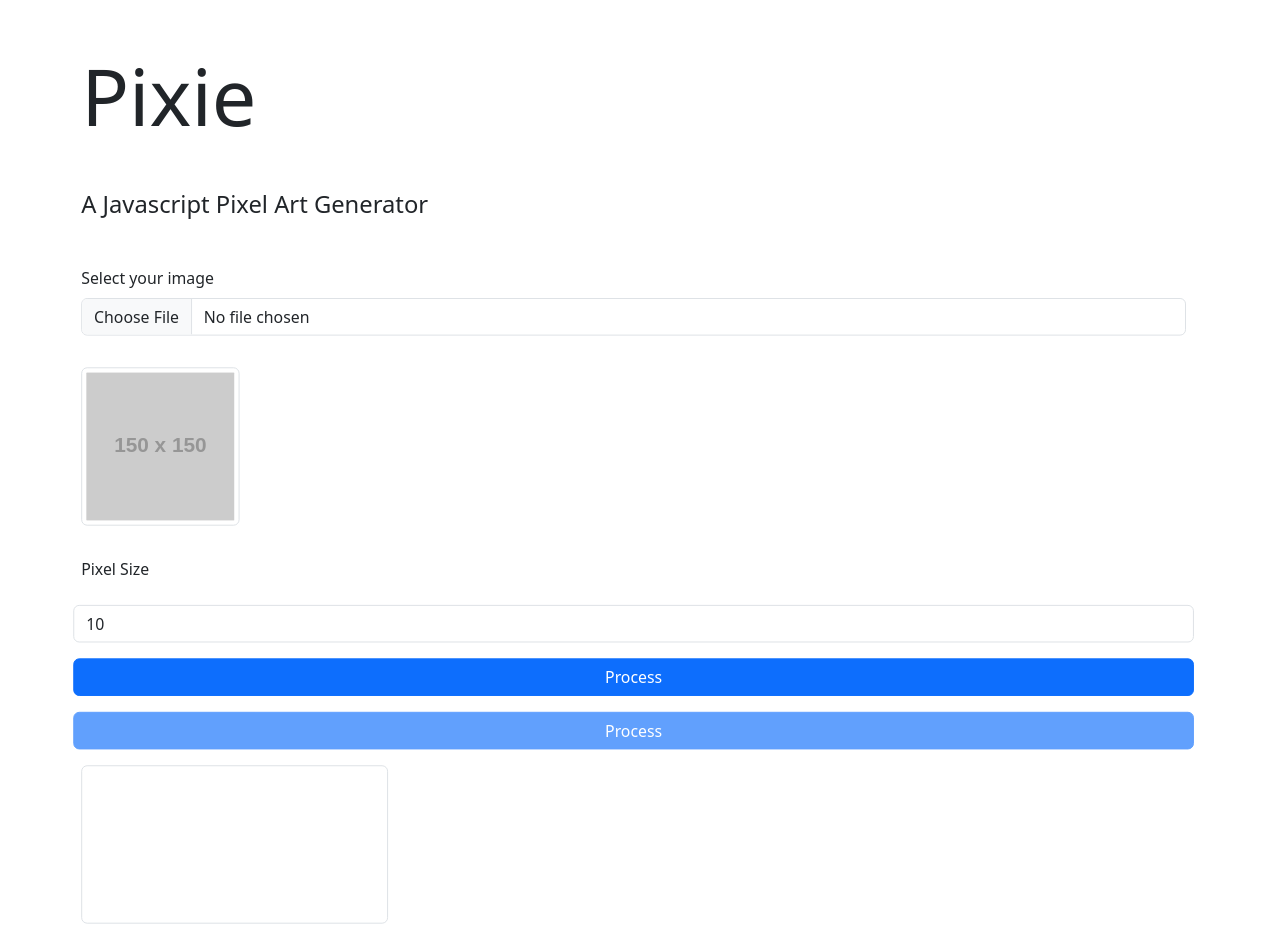
Repository: BigEmperor26/Pixie
Page: index.html
The author's editor kept a copy of each file at every save. The page is drawn from the files as they stood at one save, then again after a run of saves.
The browser window is 1280 px wide. The pictures show the whole page, at 99% of full size.

Above is the page before, as saved 2023-12-08 15:58:50.
Console error: ReferenceError: onOpenCvReady is not defined

### index.html
<!doctype html>
<html lang="en">
  <head>
    <meta charset="utf-8">
    <meta name="viewport" content="width=device-width, initial-scale=1">
    <title>Pixie</title>
    <link href="https://cdn.jsdelivr.net/npm/bootstrap@5.3.2/dist/css/bootstrap.min.css" rel="stylesheet" integrity="sha384-T3c6CoIi6uLrA9TneNEoa7RxnatzjcDSCmG1MXxSR1GAsXEV/Dwwykc2MPK8M2HN" crossorigin="anonymous">

  </head>
  <body>
    <div class="container">
    <p class="h1 my-5 display-1">Pixie</p>
    <p class="h4 my-5 disabled">A Javascript Pixel Art Generator</p>
    <form class="row g-3 needs-validation" novalidate>
        <div class="my-3">
            <label for="formFile" class="form-label">Select your image</label>
            <input class="form-control" type="file" id="fileInput" >
        </div>
        <div class="my-3">
            <img src="https://via.placeholder.com/150" class="img-thumbnail" alt="..." onclick="" id="imageSrc">
        </div>
        <label for="exampleFormControlInput1" class="form-label">Pixel Size</label>
        <input type="text" class="form-control" id="exampleFormControlInput1" placeholder="10" value="10" required>
        <div class="valid-feedback">
            Please provide a valid pixel size.
        </div>
        <div class="invalid-feedback">
            Please provide a valid pixel size.
        </div>
        <button type="submit" class="btn btn-primary" id="processButton">Process</button>
        <button type="submit" class="btn btn-primary disabled " id="processButton">Process</button>
    </form>
  <!-- Content here -->
    <div class="my-3">
        <!-- <img src="https://via.placeholder.com/150" class="img-thumbnail" alt="..." onclick="" id="imageOut"> -->
        <canvas id="canvasOutput" class="img-thumbnail" src="https://via.placeholder.com/150" ></canvas>
    </div>
    </div>
    <script src="https://cdn.jsdelivr.net/npm/bootstrap@5.3.2/dist/js/bootstrap.bundle.min.js" integrity="sha384-C6RzsynM9kWDrMNeT87bh95OGNyZPhcTNXj1NW7RuBCsyN/o0jlpcV8Qyq46cDfL" crossorigin="anonymous"></script>
    <script type="text/javascript">

        let imgElement = document.getElementById("imageSrc")
        let inputElement = document.getElementById("fileInput");
        inputElement.addEventListener("change", (e) => {
            let butn = document.getElementById("processButton")
            butn.classList.remove("disabled")
          imgElement.src = URL.createObjectURL(e.target.files[0]);
        }, false);
        imgElement.onload = function () {
            let src = cv.imread(imgElement);
            let dst = new cv.Mat();
            let dsize = new cv.Size(300, 300);
            // You can try more different parameters
            cv.resize(src, dst, dsize, 0, 0, cv.INTER_AREA);
            cv.imshow('canvasOutput', dst);
            src.delete(); dst.delete();
          };
    </script>
    <script async src="opencv.js" onload="onOpenCvReady();" type="text/javascript"></script>
  </body>
</html>

Loaded but not shown: opencv.js (no stored copy; drawn as an empty file)

After the next 2 saves:
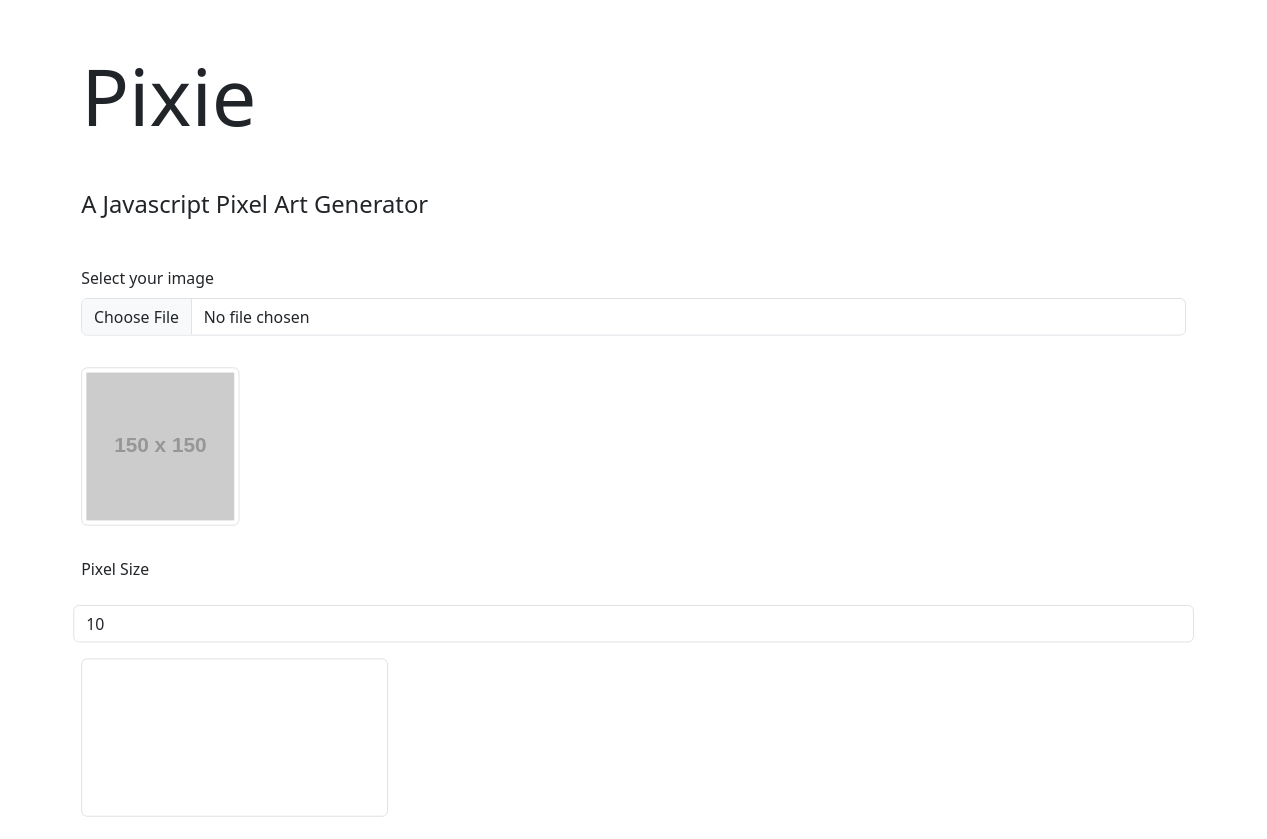
The 2 saves are shown as one change because they came seconds apart.
The last was saved 8 s later.
--- a/index.html
+++ b/index.html
@@ -22,13 +22,12 @@
         <label for="exampleFormControlInput1" class="form-label">Pixel Size</label>
         <input type="text" class="form-control" id="exampleFormControlInput1" placeholder="10" value="10" required>
         <div class="valid-feedback">
-            Please provide a valid pixel size.
+            <button type="submit" class="btn btn-primary" id="processButton">Process</button>
         </div>
         <div class="invalid-feedback">
             Please provide a valid pixel size.
+            <button type="submit" class="btn btn-primary disabled " id="processButton">Process</button>
         </div>
-        <button type="submit" class="btn btn-primary" id="processButton">Process</button>
-        <button type="submit" class="btn btn-primary disabled " id="processButton">Process</button>
     </form>
   <!-- Content here -->
     <div class="my-3">
